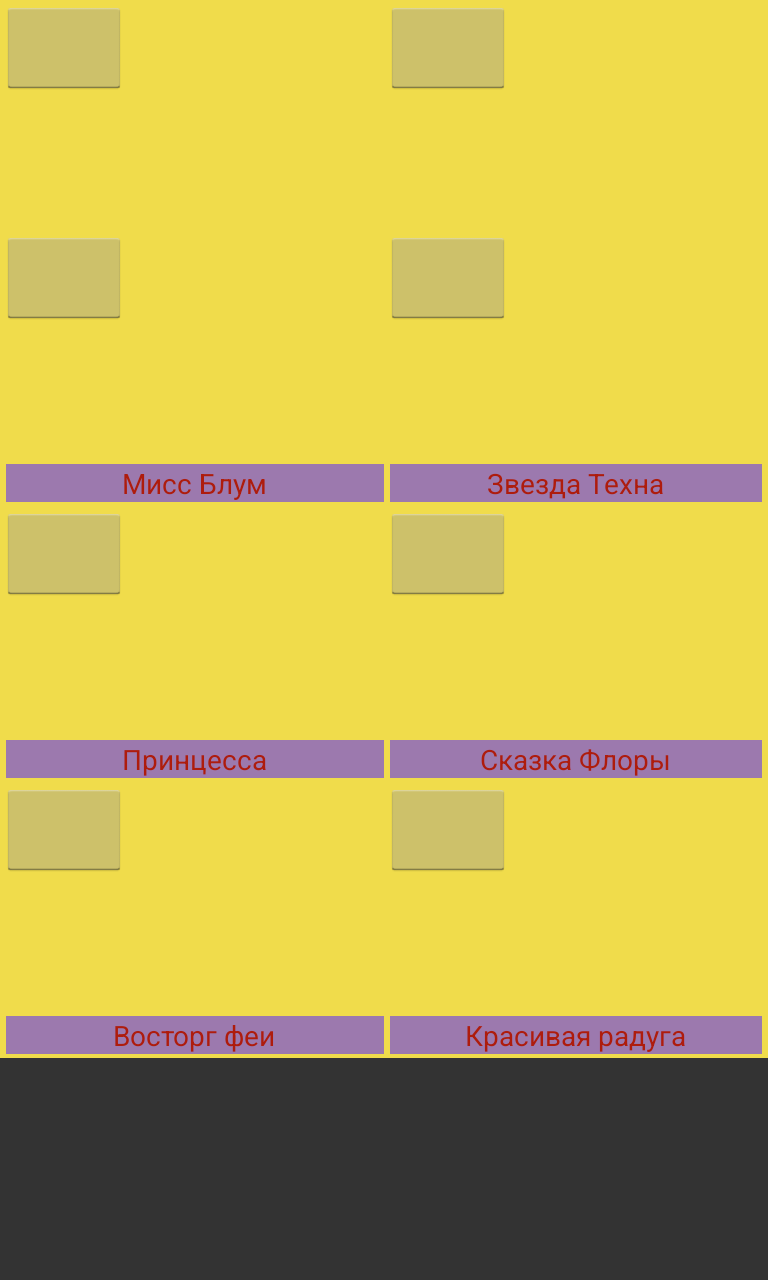
Repository: Skyremix/Winx
Layout: Winx/Winx/res/layout/stages.xml
These files come from the project's save history. The layout is drawn as it stood at one moment and after the next save; the edit follows.
It is drawn on a 768 x 1280 px phone screen (xhdpi) without system bars, with theme AppTheme; the app's code is not run.

Above is the layout before, as saved 2015-05-14 23:38:54.

### Winx/Winx/res/layout/stages.xml
<?xml version="1.0" encoding="utf-8"?>
<LinearLayout xmlns:android="http://schemas.android.com/apk/res/android"
    android:layout_width="match_parent"
    android:layout_height="match_parent"
    android:orientation="vertical"
    android:background="#F0DC4B">

    <LinearLayout
        android:layout_width="match_parent"
        android:layout_height="115dp">

        <LinearLayout
            android:layout_width="match_parent"
            android:layout_height="match_parent"
            android:layout_weight="1" >

            <Button
                android:id="@+id/imageView1"
                android:layout_width="wrap_content"
                android:layout_height="wrap_content"
                android:layout_gravity="center_horizontal"
                android:src="@drawable/buttons"/>

        </LinearLayout>

        <LinearLayout
            android:layout_width="match_parent"
            android:layout_height="match_parent"
            android:layout_weight="1">

            <Button
                android:id="@+id/imageView2"
                android:layout_width="wrap_content"
                android:layout_height="wrap_content"
                android:src="@drawable/buttons" />

        </LinearLayout>

    </LinearLayout>

    <LinearLayout
        android:layout_width="match_parent"
        android:layout_height="115dp">

        <LinearLayout
            android:layout_width="match_parent"
            android:layout_height="match_parent"
            android:layout_weight="1" >

            <Button
                android:id="@+id/imageView1"
                android:layout_width="wrap_content"
                android:layout_height="wrap_content"
                android:layout_gravity="center_horizontal"
                android:src="@drawable/buttons"/>

        </LinearLayout>

        <LinearLayout
            android:layout_width="match_parent"
            android:layout_height="match_parent"
            android:layout_weight="1">

            <Button
                android:id="@+id/imageView2"
                android:layout_width="wrap_content"
                android:layout_height="wrap_content"
                android:src="@drawable/buttons" />

        </LinearLayout>

    </LinearLayout>

  <LinearLayout
	        android:layout_width="match_parent"
	        android:layout_height="wrap_content"
	        android:background="#F0DC4B" >

	                 <LinearLayout
            android:layout_width="match_parent"
            android:layout_height="match_parent"
            android:layout_weight="1.00"
            android:background="#9C79AE"
            android:gravity="center_horizontal"
            android:layout_marginTop="2dp"
            android:layout_marginLeft="3dp"
            android:layout_marginBottom="2dp">

            <TextView
                android:id="@+id/textView116"
                android:layout_width="wrap_content"
                android:layout_height="wrap_content"
                android:text="Мисс Блум"
                android:textColor="#AE1C0D"/>

        </LinearLayout>

         <LinearLayout
            android:layout_width="match_parent"
            android:layout_height="match_parent"
            android:layout_weight="1.00"
            android:background="#9C79AE"
            android:gravity="center_horizontal"
            android:layout_marginTop="2dp"
            android:layout_marginLeft="3dp"
            android:layout_marginBottom="2dp"
            android:layout_marginRight="3dp">

            <TextView
                android:id="@+id/textView1565"
                android:layout_width="wrap_content"
                android:layout_height="wrap_content"
                android:text="Звезда Техна"
                android:textColor="#AE1C0D"/>

        </LinearLayout>

    </LinearLayout>

    <LinearLayout
        android:layout_width="match_parent"
        android:layout_height="115dp" >

        <LinearLayout
            android:layout_width="match_parent"
            android:layout_height="match_parent"
            android:layout_weight="1" >

            <Button
                android:id="@+id/imageView3"
                android:layout_width="wrap_content"
                android:layout_height="wrap_content"
                android:src="@drawable/buttons" />

        </LinearLayout>

        <LinearLayout
            android:layout_width="match_parent"
            android:layout_height="match_parent"
            android:layout_weight="1" >

            <Button
                android:id="@+id/imageView4"
                android:layout_width="wrap_content"
                android:layout_height="wrap_content"
                android:src="@drawable/buttons" />


        </LinearLayout>

    </LinearLayout>

	   <LinearLayout
	        android:layout_width="match_parent"
	        android:layout_height="wrap_content"
	        android:background="#F0DC4B" >

	                 <LinearLayout
            android:layout_width="match_parent"
            android:layout_height="match_parent"
            android:layout_weight="1.00"
            android:background="#9C79AE"
            android:gravity="center_horizontal"
            android:layout_marginTop="2dp"
            android:layout_marginLeft="3dp"
            android:layout_marginBottom="2dp">

            <TextView
                android:id="@+id/textView11776"
                android:layout_width="wrap_content"
                android:layout_height="wrap_content"
                android:text="Принцесса"
                android:textColor="#AE1C0D"/>

        </LinearLayout>

         <LinearLayout
            android:layout_width="match_parent"
            android:layout_height="match_parent"
            android:layout_weight="1.00"
            android:background="#9C79AE"
            android:gravity="center_horizontal"
            android:layout_marginTop="2dp"
            android:layout_marginLeft="3dp"
            android:layout_marginBottom="2dp"
            android:layout_marginRight="3dp">

            <TextView
                android:id="@+id/textView115565"
                android:layout_width="wrap_content"
                android:layout_height="wrap_content"
                android:text="Сказка Флоры"
                android:textColor="#AE1C0D"/>

        </LinearLayout>
    </LinearLayout>

    <LinearLayout
        android:layout_width="match_parent"
        android:layout_height="115dp" >

        <LinearLayout
            android:layout_width="match_parent"
            android:layout_height="match_parent"
            android:layout_weight="1">

            <Button
                android:id="@+id/imageView5"
                android:layout_width="wrap_content"
                android:layout_height="wrap_content"
                android:src="@drawable/buttons" />

        </LinearLayout>

        <LinearLayout
            android:layout_width="match_parent"
            android:layout_height="match_parent"
            android:layout_weight="1" >

            <Button
                android:id="@+id/imageView6"
                android:layout_width="wrap_content"
                android:layout_height="wrap_content"
                android:src="@drawable/buttons" />

        </LinearLayout>

    </LinearLayout>

	    <LinearLayout
	        android:layout_width="match_parent"
	        android:layout_height="wrap_content"
	        android:background="#F0DC4B" >

	                 <LinearLayout
            android:layout_width="match_parent"
            android:layout_height="match_parent"
            android:layout_weight="1.00"
            android:background="#9C79AE"
            android:gravity="center_horizontal"
            android:layout_marginTop="2dp"
            android:layout_marginLeft="3dp"
            android:layout_marginBottom="2dp">

            <TextView
                android:id="@+id/textView119966"
                android:layout_width="wrap_content"
                android:layout_height="wrap_content"
                android:text="Восторг феи"
                android:textColor="#AE1C0D"/>

        </LinearLayout>

         <LinearLayout
            android:layout_width="match_parent"
            android:layout_height="match_parent"
            android:layout_weight="1.00"
            android:background="#9C79AE"
            android:gravity="center_horizontal"
            android:layout_marginTop="2dp"
            android:layout_marginLeft="3dp"
            android:layout_marginBottom="2dp"
            android:layout_marginRight="3dp">

            <TextView
                android:id="@+id/textView1584865"
                android:layout_width="wrap_content"
                android:layout_height="wrap_content"
                android:text="Красивая радуга"
                android:textColor="#AE1C0D"/>

        </LinearLayout>
    </LinearLayout>
        <LinearLayout
        android:layout_width="match_parent"
        android:layout_height="wrap_content"
        android:layout_weight="0.02"
        android:background="#333333" >
    </LinearLayout>
</LinearLayout>

Loaded but not shown: Winx/Winx/res/values/styles.xml (common file); Winx/Winx/res/values-v11/styles.xml (common file); Winx/Winx/res/values-v14/styles.xml (common file)

After the next save:
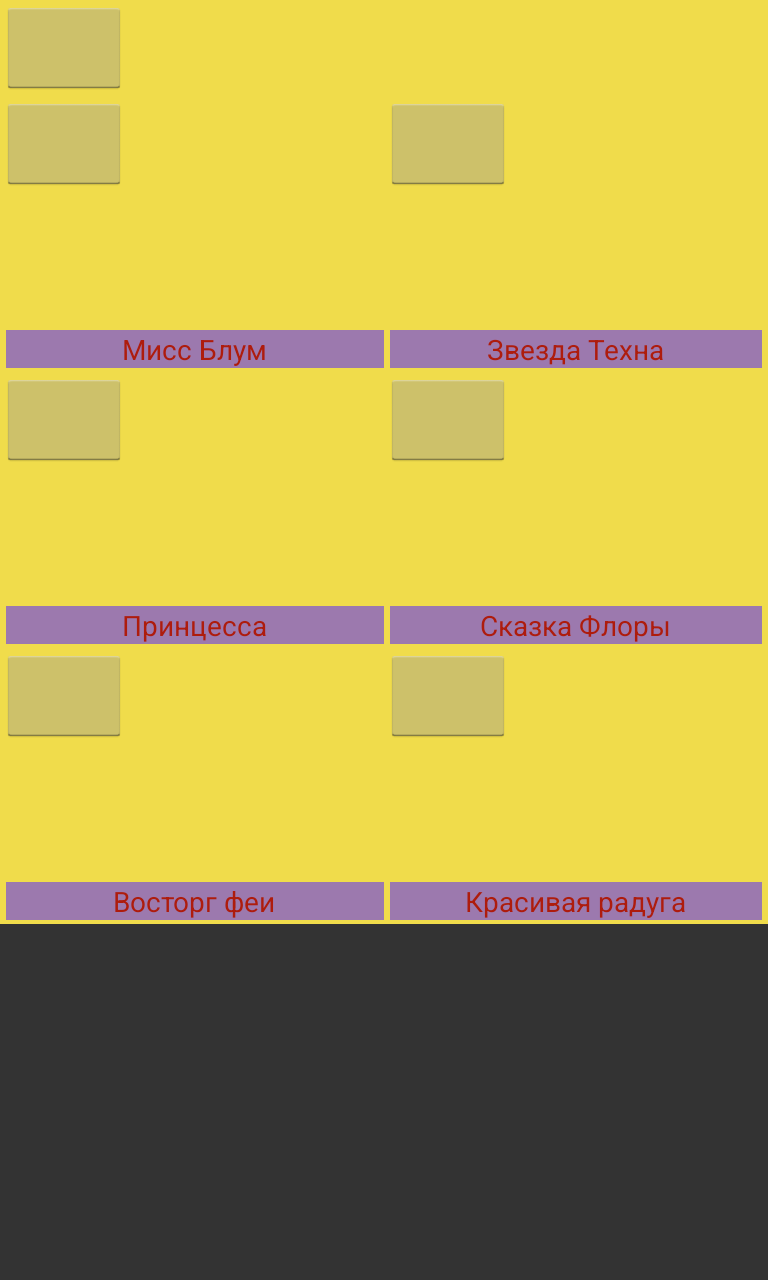
Saved 35 s later.
--- a/Winx/Winx/res/layout/stages.xml
+++ b/Winx/Winx/res/layout/stages.xml
@@ -7,7 +7,7 @@
 
     <LinearLayout
         android:layout_width="match_parent"
-        android:layout_height="115dp">
+        android:layout_height="wrap_content" >
 
         <LinearLayout
             android:layout_width="match_parent"
@@ -28,11 +28,6 @@
             android:layout_height="match_parent"
             android:layout_weight="1">
 
-            <Button
-                android:id="@+id/imageView2"
-                android:layout_width="wrap_content"
-                android:layout_height="wrap_content"
-                android:src="@drawable/buttons" />
 
         </LinearLayout>
 
